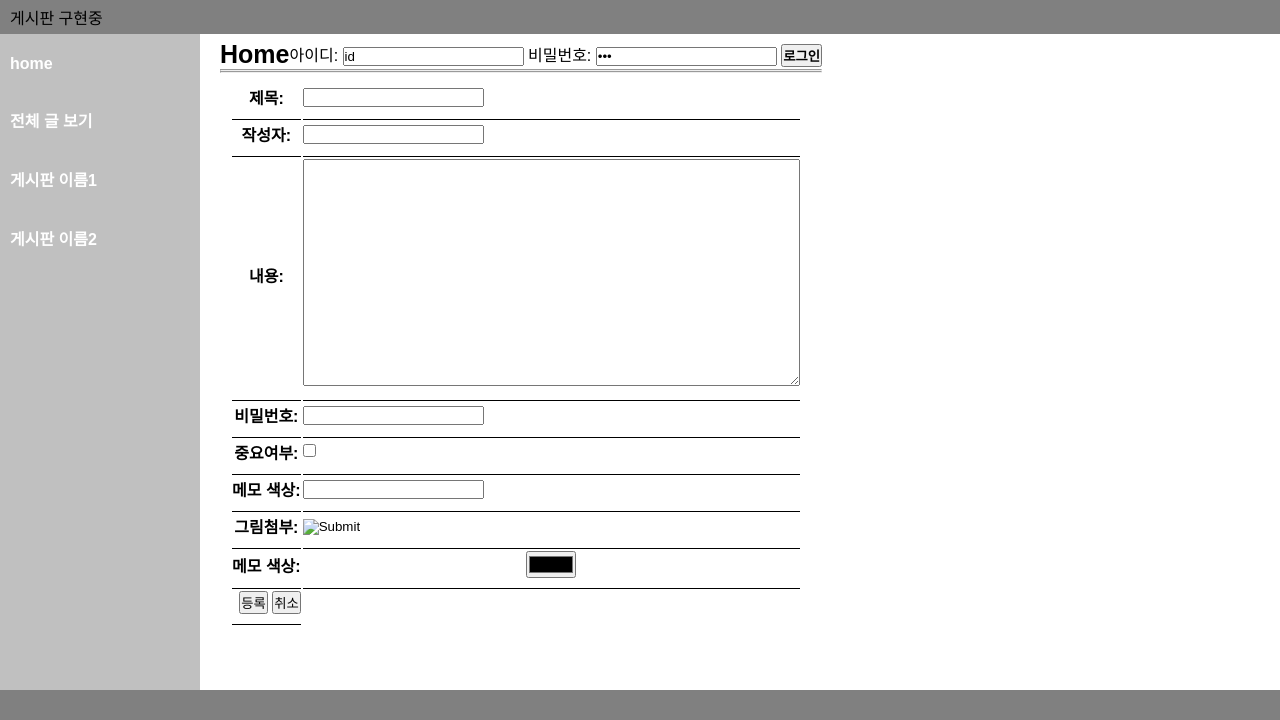
Repository: hyeon-jin-park/study
Page: work/internet_programing/Test_final/public/input.html
These files come from the project's save history. The page is drawn as it stood at one moment and after the next save; the edit follows.
The browser window is 1280 px wide. The pictures show the whole page.

Above is the page before, as saved 2025-03-19 10:20:13.

### work/internet_programing/Test_final/public/input.html
<!DOCTYPE html>
<html lang="ko">
<head>

    <meta charset="UTF-8">
    <meta name="viewport" content="width=device-width, initial-scale=1.0">
    <title>input.html</title>
	<link rel="stylesheet" href="layout.css">
	<link rel="stylesheet" href="board.css">
	<style>
	* { margin: 0; padding: 0; box-sizing: border-box; }
	body { font-family: Arial, sans-serif; }

	#login_button{
		text-align:center;
		font-weight:bold;

	}
	</style>

</head>


<body>

    <div class="header">
        <div class="header_name">게시판 구현중</div>



    </div>
    <div class="sidebar">
    	<ul class="sidebar">
    		<li><a href="home.html">home</a></li>
    		<li><a href="#">전체 글 보기</a></li>
    		<li><a href="#">게시판 이름1</a></li>
    		<li><a href="#">게시판 이름2</a></li>

    	</ul>
    </div>
    <div class="content">
    <div class="board_title">
    		<h1>Home</h1>
    			<form>
    			아이디: <input type="text" name="아이디" value="id">
    			비밀번호: <input type="password" name="비밀번호" value="pwd">
    			<button id="login_button" type="submit" >로그인</button>
    			</form>
    	</div>
    	<hr>
    	<hr>
    	<div>
    		<table class="input_form">
    			<tr>
    				<th>제목: </th>
    				<td><input type="text" name="제목"></td>
    			</tr>
    			<tr>
    				<th>작성자: </th>
    				<td><input type="text" name="작성자"></td>
    			</tr>
    			<tr>
    				<th>내용: </th>
    				<td><textarea rows="15" cols="60"></textarea></td>
    			</tr>
    			<tr>
    				<th>비밀번호: </th>
    				<td><input type="password" name="등록 비밀번호"></td>
    			</tr>
    			<tr>
    				<th>중요여부: </th>
    				<td><input type="checkbox" name="중요도"></td>
    			</tr>
    			<tr>
    				<th>메모 색상: </th>
    				<td><input type="text" name="제목"></td>
    			</tr>
    			<tr>
    				<th>그림첨부: </th>
    				<td><input type="image" name="그림"></td>
    			</tr>
    			<tr>
    				<th>메모 색상: </th>
    				<th><input type="color" name="색상"></th>
    			</tr>
    			<tr style="border-bottom:none;text-align:right">
    				<td rowspan="2">
    				<button type="submit">등록</button>
    				<button type="reset">취소</button>
    				</td>
    			</tr>

    		</table>
    	</div>
    </div>

    <div class="footer">
    	<h1></h1>
    </div>

</body>
</html>

### work/internet_programing/Test_final/public/layout.css
@charset "UTF-8";

.header {
            background-color: gray;
            color: black;
            padding: 5px 10px;
            display: flex;
            justify-content: space-between;
            align-items: center;
            width: 100%;
            position: fixed;
            z-index: 1000;
    		border-collapse: collapse;
    		table-layout: fixed;
        }


        .sidebar {
        	margin-top: 30px;
    		width: 200px;
    		background-color: silver;
    		color: black;
    		padding: 20px;
    		position: fixed;
    		height: 100vh;
    		top: 0;
    		left: 0;
		}

		.sidebar ul {
    		list-style: none;
    		padding: 0;
		}

		.sidebar ul li {
   		 margin: 15px 0;
		}

		.sidebar a {
    		text-decoration: none;
    		color: white;
   		    font-weight: bold;
   		 	display: block;
    		padding: 10px;
    		border-radius: 5px;
		}

		.sidebar a:hover {
    		background-color: #555;
		}


		.content {
			margin-top: 40px;
			position: fixed;
			z-index: 999;
    		margin-left: 200px;
    		padding: 20px;
    		padding-top: 0px;
		}
		.board_title{
			margin:0px;
			padding: 0px;
			display: flex;
            justify-content: space-between;
            align-items: center;
            width: 100%;
		}
		.board_title ul{
			list-style: none;
			padding:0;
		}

		.board_title a {
    		text-decoration: none;
    		color: black;
   		    font-weight: bold;
   		 	display: block;
    		padding: 10px;
    		border-radius: 5px;
		}

		.board_title h1{
			font-size: 25px;

		}
		.input_form th, td{
			padding-bottom:10px;
			border-bottom: 1px solid black;
		}
		.input_form {

  			padding: 10px;
		}


		.footer {
    		background-color: gray;
    		color: white;
    		text-align: center;
    		height: 30px;
    		padding: 5px 0;
    		position: fixed;
    		bottom: 0;
    		width: 100%;
    		z-index: 1000;
    		box-sizing: border-box;
		}

### work/internet_programing/Test_final/public/board.css
@charset "UTF-8";

.board {
	background-color: white;
	color: black;
	padding: 20px 20px;
	width: 100%;
}



.board th {
	padding: 10px;
    text-align: center;
    vertical-align: middle;
    font-size: 10px;
}

.board th:nth-child(1),
.board td:nth-child(1){
	width: 100px;
}
.board th:nth-child(2),
.board td:nth-child(2){
	width: 600px;
}
.board th:nth-child(3),
.board td:nth-child(3){
	width: 100px;
}
.board th:nth-child(4),
.board td:nth-child(4){
	width: 200px;
}

After the next save:
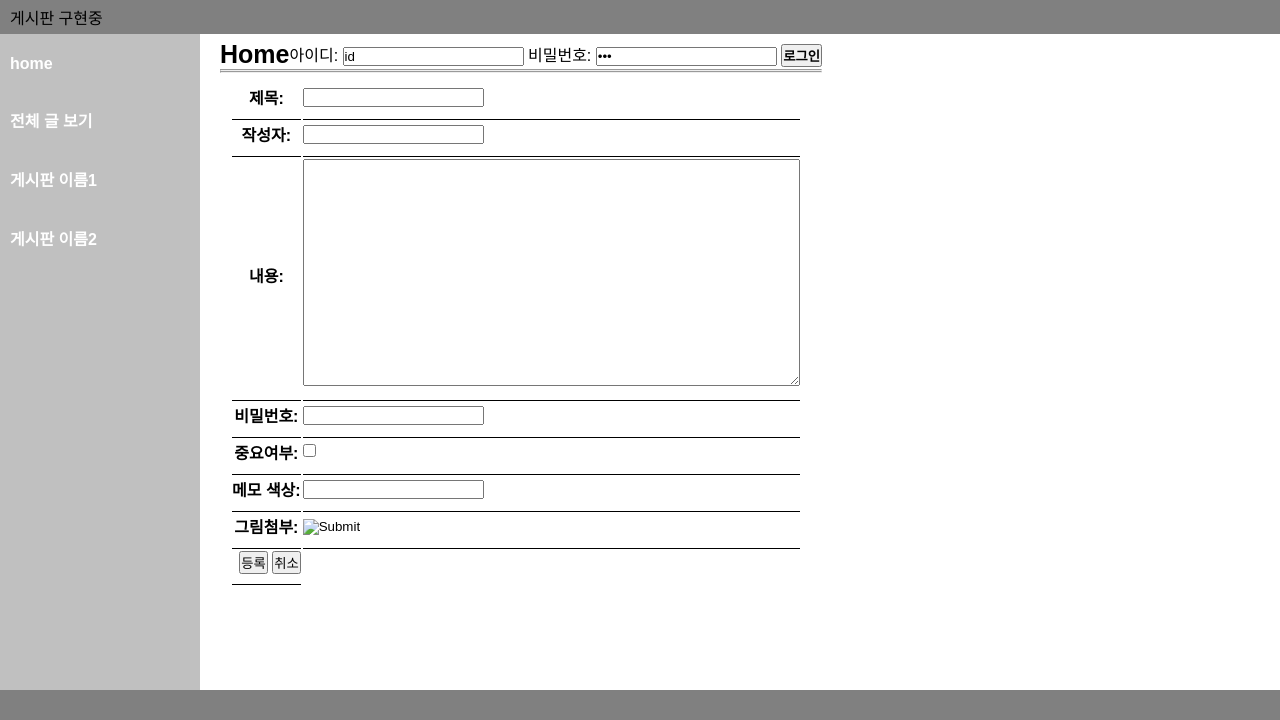
Saved 5 min 22 s later.
--- a/work/internet_programing/Test_final/public/input.html
+++ b/work/internet_programing/Test_final/public/input.html
@@ -79,10 +79,6 @@
     				<th>그림첨부: </th>
     				<td><input type="image" name="그림"></td>
     			</tr>
-    			<tr>
-    				<th>메모 색상: </th>
-    				<th><input type="color" name="색상"></th>
-    			</tr>
     			<tr style="border-bottom:none;text-align:right">
     				<td rowspan="2">
     				<button type="submit">등록</button>
